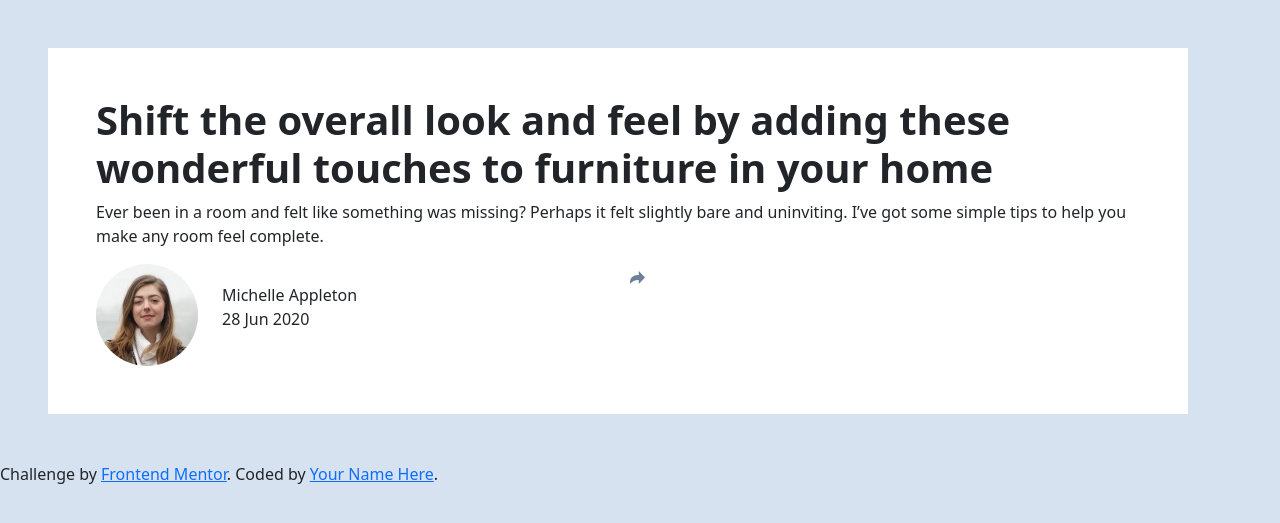
Repository: blordeus/article-preview-component
Page: index.html
These files come from the project's save history. The page is drawn as it stood at one moment and after a run of saves; the edit follows.
The browser window is 1280 px wide. The pictures show the whole page.

Above is the page before, as saved 2024-05-17 10:43:09.

After the next 4 saves:
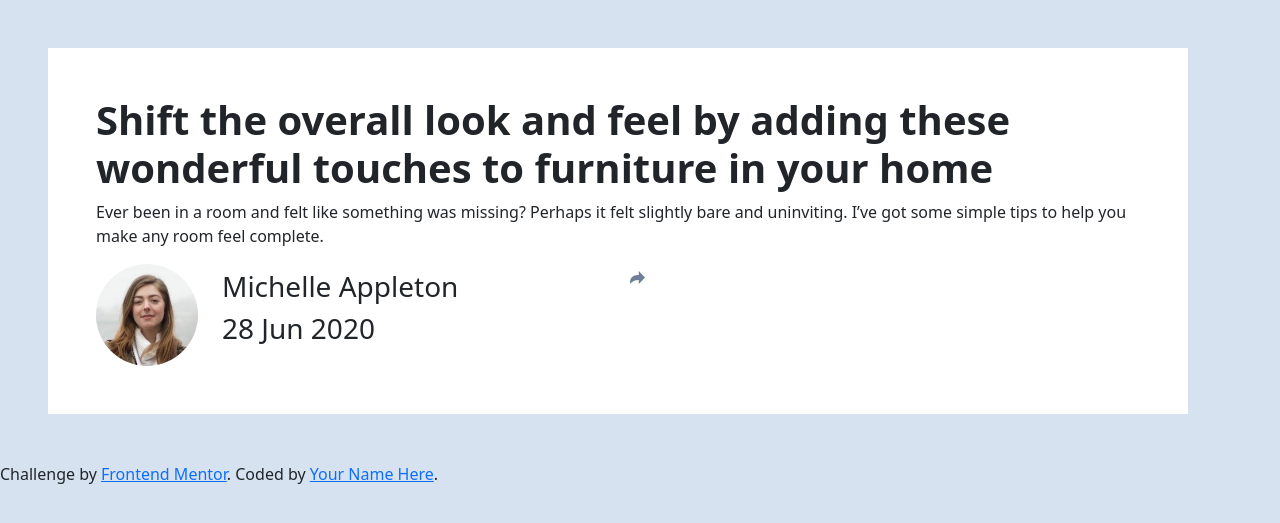
The 4 saves are shown as one change because they came seconds apart.
The last was saved 18 s later.
--- a/index.html
+++ b/index.html
@@ -27,7 +27,7 @@
         <div class="col d-flex">
           <img id="avatar" src="./images/avatar-michelle.jpg" alt="michelle">
             <div class="ms-4 vstack my-auto">
-              <p>Michelle Appleton <br> 28 Jun 2020</p>
+              <p class="fs-3">Michelle Appleton <br> 28 Jun 2020</p>
             </div>
           </div>
           <div class="col">
